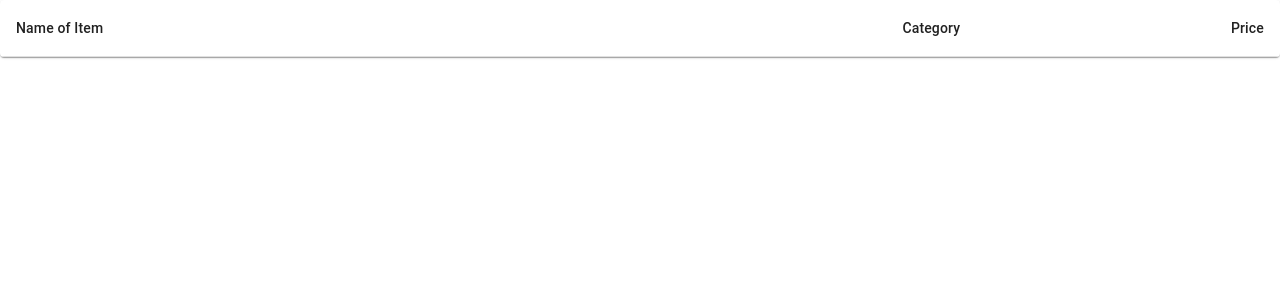
Repository: nj10deadend/mern-w-auth-app
Page: /store (app in frontend/store/)
The author's editor kept a copy of each file at every save. The page is drawn from the files as they stood at one save, then again after the next save.
The browser window is 1280 px wide. The pictures show the whole page.
The page's requests for data from a server got no answer. The project was rebuilt for these pictures with package versions that can differ from the ones it lists, and the page was loaded fresh each time. No one was signed in, and anything a server would have sent is missing. Also part of the build but not shown: frontend/store/src/components/StoreItems.js, frontend/store/src/components/Registration.js, frontend/store/src/components/Login.js, frontend/store/src/AuthenticatedApp.js.

Above is the page before, as saved 2022-01-07 01:08:46.

After the next save:
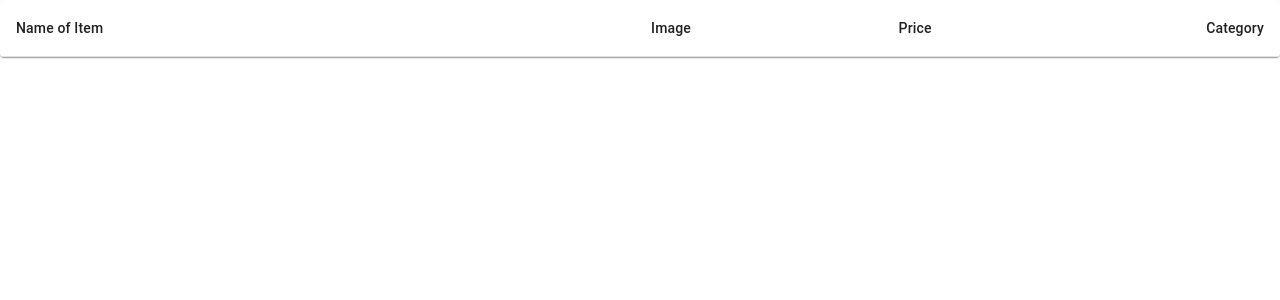
Saved 7 min 12 s later.
--- a/frontend/store/src/components/Store.js
+++ b/frontend/store/src/components/Store.js
@@ -42,8 +42,9 @@ function Store () {
                     <TableHead>
                         <TableRow>
                             <TableCell>Name of Item</TableCell>
+                            <TableCell align="right">Image</TableCell>
+                            <TableCell align="right">Price</TableCell>
                             <TableCell align="right">Category</TableCell>
-                            <TableCell align="right">Price</TableCell>
                         </TableRow>
                     </TableHead>
 
